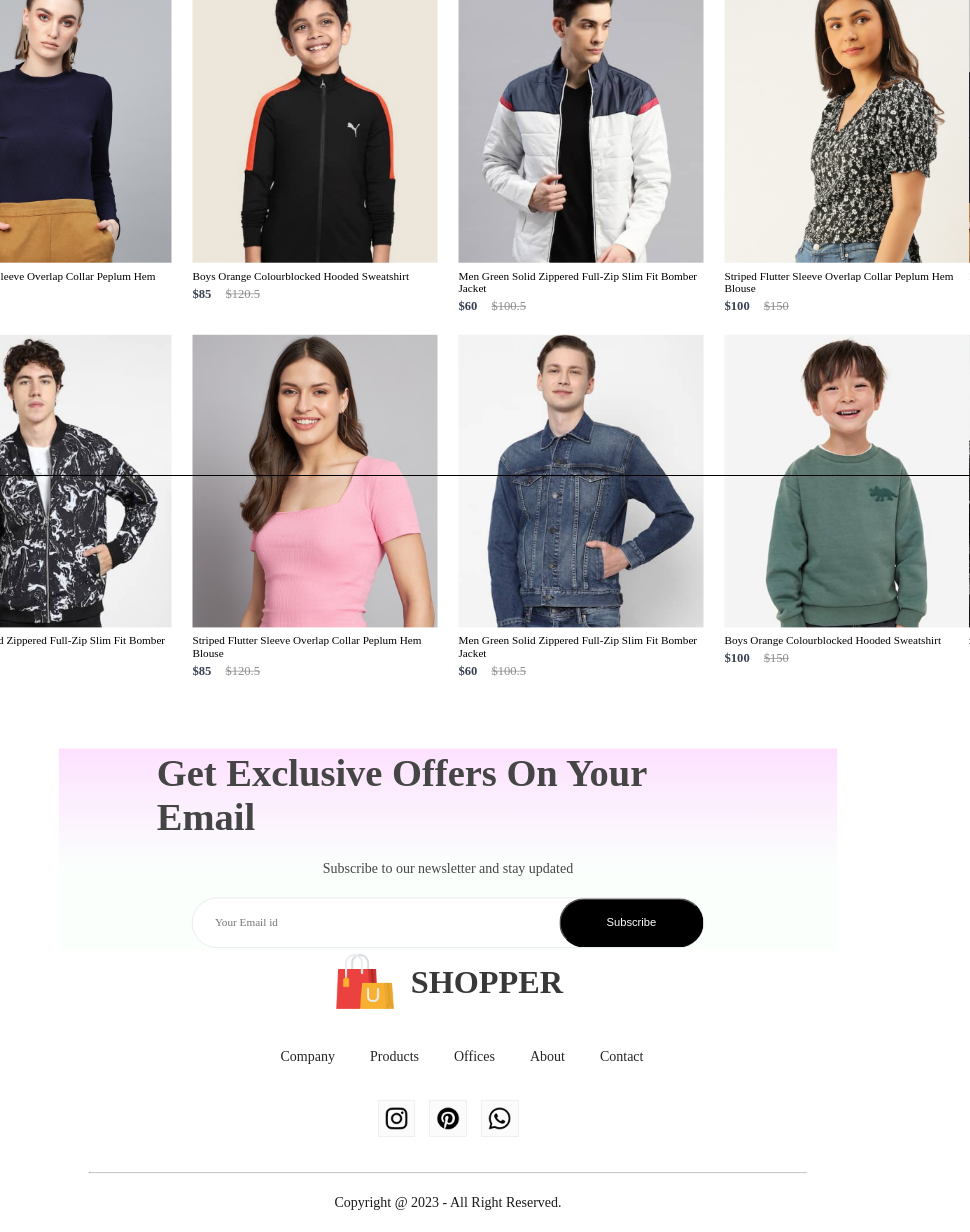
Repository: Nandhini653/SHOPPER-ECOM
Page: /
The author's editor kept a copy of each file at every save. The page is drawn from the files as they stood at one save, then again after a run of saves.
The browser window is 1280 px wide. The page is 1385 px wide, so the pictures cover 1385 px, including what lies to the right of the window. The pictures show the part of the page from y = 2225 to 3985 px (the page is 3985 px tall before and 3983 px after), at 70% of full size.
The project was rebuilt for these pictures with package versions that can differ from the ones it lists, and the page was loaded fresh each time. Also part of the build but not shown: src/App.css, src/Pages/ShopCategory.jsx, src/Pages/Cart.jsx, src/Pages/LoginSignup.jsx, src/Pages/Product.jsx.

Above is the page before, as saved 2024-06-22 18:41:37.

### src/index.css
* {
  margin: 0;
}

body {
  margin: 0;
  font-family: -apple-system, BlinkMacSystemFont, 'Segoe UI', 'Roboto', 'Oxygen',
    'Ubuntu', 'Cantarell', 'Fira Sans', 'Droid Sans', 'Helvetica Neue',
    sans-serif;
  -webkit-font-smoothing: antialiased;
  -moz-osx-font-smoothing: grayscale;
  font-family: 'poppins';
}

code {
  font-family: source-code-pro, Menlo, Monaco, Consolas, 'Courier New',
    monospace;
}

### src/App.js

import './App.css';
import Navbar from './Components/Navbar/Navbar';
import ShopCategory from './Pages/ShopCategory';
import Cart from './Pages/Cart';
import LoginSignup from './Pages/LoginSignup';
import Product from './Pages/Product';
import Shop from './Pages/Shop';
import { BrowserRouter,Routes,Route } from 'react-router-dom';

function App() {
  return (
    <div>
      <BrowserRouter>
      <Navbar/>
      <Routes>
        <Route path = '/' element={<Shop/>}/>
        <Route path = '/mens' element={<ShopCategory category="men"/>}/>
        <Route path = '/womens' element={<ShopCategory category="women"/>}/>
        <Route path = '/kids' element={<ShopCategory category="kids"/>}/>
        <Route path= '/product' element={<Product/>}/>
        <Route path='/product/:productId' element={<Product />} />
        <Route path='/cart' element={<Cart/>}/>
        <Route path='/login' element={<LoginSignup/>}/>
      </Routes>
      </BrowserRouter>
    </div>
  );
}

export default App;

### src/Components/Navbar/Navbar.jsx
import React, { useState } from 'react'
import './Navbar.css'
import logo from '../Assests/logo.png'
import cart_icon from '../Assests/cart_icon.png'
import { Link } from 'react-router-dom'


const Navbar = () => {

    const [menu, setMenu] = useState("shop")
  return (
    <div className='navbar'>
        <div className="nav-logo">
            <img src={logo} alt="logo" />
            <p>SHOPPER</p>
        </div>
      <div className="nav-menu">
        <li onClick={()=> {setMenu("shop")}}> <Link  style ={{textDecoration: 'none '}} to='/'>Shop</Link> {menu === "shop"? <hr/> :<></>}</li>
        <li onClick={()=> {setMenu("mens")}}><Link style ={{textDecoration: 'none '}} to='/mens'>Men</Link>  {menu === "mens"? <hr/> :<></>}</li>
        <li onClick={()=> {setMenu("womens")}}><Link style ={{textDecoration: 'none '}} to='/womens'>Women </Link> {menu === "womens"? <hr/> :<></>}</li>
        <li onClick={()=> {setMenu("kids")}}><Link style ={{textDecoration: 'none '}} to='/kids'>Kids</Link>  {menu === "kids"? <hr/> :<></>}</li>
      </div>
      <div className="nav-login-cart">
        <Link to='/login'><button>Login</button></Link>
        <Link to='/cart'><img src= {cart_icon} alt='cart-icon'/></Link>
        <div className="nav-cart-count">0</div>
      </div>
    </div>
  )
}

export default Navbar

### src/Pages/Shop.jsx
import React from 'react'
import Hero from '../Components/Hero/Hero'
import Popular from '../Components/Popular/Popular'
import Offers from '../Components/Offers/Offers'
import NewCollections from '../Components/NewCollections/NewCollections'
import NewsLetter from '../Components/NewsLetter/NewsLetter'
import Footer from '../Components/Footer/Footer'

const Shop = () => {
  return (
    <div>
      <Hero/>
      <Popular/>
      <Offers/>
      <NewCollections/>
      <NewsLetter/>
      <Footer/>
    </div>
  )
}

export default Shop

### src/Components/Navbar/Navbar.css
  .navbar {
    display: flex;
    justify-content: space-around;
    padding: 16px;
    box-shadow: 0 1px 3px -2px black;
  }

  .nav-logo {
    display: flex;
    align-items: center;
    gap: 10px;
  }

  .nav-logo p{
    color: #171717;
    font-size: 38px;
    font-weight: 600;
  }
  .nav-menu {
    display: flex;
    align-items: center;
    list-style: none;
    gap: 50px;
    color: #626262;
    font-size: 20px;
    font-weight: 500;
  }

  .nav-menu li {
    display: flex;
    flex-direction: column;
    align-items: center;
    justify-content: center;
    gap: 3px;
    cursor: pointer;
  }

  .nav-menu hr {
    border: none;
    width: 80%;
    height: 3px;
    border-radius: 10px;
    background: #FF4141;
  }

.nav-login-cart {
    display: flex;
    align-items: center;
    gap: 45px;
}

.nav-login-cart button {
    width: 157px;
    height: 58px;
    outline: none;
    border: 1 px solid #7a7a7a;
    border-radius: 75px;
    font-size: 20px;
    font-weight: 500;
    background: white;
    cursor: pointer;
}

.nav-login-cart button:active {
    background: #f3f3f3;
}

.nav-cart-count {
    width: 22px;
    height: 22px;
    display: flex;
    justify-content: center;
    align-items: center;
    margin-top: -35px;
    margin-left: -55px;
    border-radius: 11px;
    font-size: 14px;
    background: red;
    color: white;

}

### src/Components/Hero/Hero.jsx
import React from 'react'
import './Hero.css'
import hand_icon from '../Assests/hand_icon.png'
import arrow_icon from '../Assests/arrow.png'
import hero_image from '../Assests/hero_image.png'


const Hero = () => {
    return (
        <div className='hero'>
            <div className="hero-left">
                <h2> NEW ARRIVALS ONLY</h2>
                <div>
                    <div className='hero-hand-icon'>
                        <p> new </p>
                        <img src={hand_icon} alt="" />
                    </div>
                    <p> collection </p>
                    <p> for everyone</p>
                </div>
                <div className="hero-latest-btn">
                    <div>Latest Collection</div>
                    <img src={arrow_icon} alt=""/>
                </div>
            </div>
            <div className="hero-right">
                <img src={hero_image} alt =""/>
            </div>
        </div>
    )
}

export default Hero

### src/Components/Popular/Popular.jsx
import React from 'react'
import './Popular.css'
import data_product from '../Assests/data'
import Item from '../Item/Item'

const Popular = () => {
  return (
    <div className='popular'>
      <h1>POPULAR IN WOMEN</h1>
      <hr />
      <div className="popular-item">
        {data_product.map((item, i) => {
          return (
            <Item
              key={i}
              id={item.id}
              name={item.name}
              image={item.image}
              new_price={item.new_price}
              old_price={item.old_price}
            />
          );
        })}
      </div>
    </div>
  );
}


export default Popular

### src/Components/Offers/Offers.jsx
import React from 'react'
import './Offers.css'
import exclusive_image from '../Assests/exclusive_image.png'

const Offers = () => {
  return (
    <div className='offers'>
      <div className="offers-left">
        <h1> Exclusive </h1>
        <h1> Offers For You </h1>
        <p>ONLY ON BEST SELLERS PRODUCTS </p>
        <button> Check Now </button>
      </div>
      <div className="offers-right">
        <img src= {exclusive_image} alt="" />
      </div>
    </div>
  )
}

export default Offers

### src/Components/NewCollections/NewCollections.jsx
import React from 'react'
import './NewCollections.css'
import new_collection from '../Assests/new_collections'
import Item from '../Item/Item'

const NewCollections = () => {
    return (
        <div className="new-collections">
            <h1> NEW COLLECTIONS </h1>
            <hr/>
            <div className="collections">
                {new_collection.map((item, i) => {
                    return <Item
                        key={i}
                        id={item.id}
                        name={item.name}
                        image={item.image}
                        new_price={item.new_price}
                        old_price={item.old_price} />
                })}
            </div>
        </div>
    )
}

export default NewCollections

### src/Components/NewsLetter/NewsLetter.jsx
import React from 'react'
import './NewsLetter.css'

const NewsLetter = () => {
  return (
    <div className='newsletter'>
      <h1> Get Exclusive Offers On Your Email </h1>
       <p> Subscribe to our newsletter and stay updated</p>
       <div>
        <input type='email' placeholder='Your Email id'/>
        <button> Subscribe </button>
       </div>

    </div>
  )
}

export default NewsLetter

### src/Components/Footer/Footer.jsx
import React from 'react'
import './Footer.css'
import footer_logo from '../Assests/logo_big.png'
import instagram_icon from '../Assests/instagram_icon.png'
import pintester_icon from '../Assests/pintester_icon.png'
import whatsapp_icon from '../Assests/whatsapp_icon.png'

const Footer = () => {
    return (
        <div className='footer'>
            <div className="footer-logo">
                <img src={footer_logo} alt='' />
                <p>SHOPPER</p>
            </div>
            <ul className='footer-links'>
                <li>Company</li>
                <li>Products</li>
                <li>Offices</li>
                <li>About</li>
                <li>Contact</li>
            </ul>
            <div className="footer-social-icon">
                <div className="footer-icons-container">
                    <img src={instagram_icon} alt="" />
                </div>
                <div className="footer-icons-container">
                    <img src={pintester_icon} alt="" />
                </div>
                <div className="footer-icons-container">
                    <img src={whatsapp_icon} alt="" />
                </div>
            </div>
             <div className="footer-copyright">
                <hr/>
                <p> Copyright @ 2023 - All Right Reserved.</p>
             </div>
        </div>
    )
}

export default Footer

### src/Components/Hero/Hero.css
.hero {
    height: 100vh;
    background: linear-gradient(180deg, #fde1ff, #e1ffea22 60%);
    display: flex;
}

.hero-left {
    flex: 1;
    display: flex;
    flex-direction: column;
    justify-content: center;
    gap: 20px;
    padding-left: 180px;
    line-height: 1.1;
}

.hero-left h2 {
    color: #171717;
    font-size: 100px;
    font-weight: 700;
}

.hero-left p {
    color: #171717;
    font-size: 100px;
    font-weight: 700;
}

.hero-hand-icon {
     display: flex;
    align-items: center;
    gap:20px;
}

.hero-hand-icon img {
    width: 105px;
}

.hero-latest-btn {
    display: flex;
    justify-content: center;
    align-items: center;
    gap: 15px;
    width: 310px;
    height: 70px;
    border-radius: 75px;
    margin-top: 30px;
    background: #ff4141;
    color: white;
    font-size: 22px;
    font-weight: 500;
}

.hero-right {
    flex: 1;
    display: flex;
    align-items: center;
    justify-content: center;
}

### src/Components/Popular/Popular.css
.popular {
      display: flex;
      flex-direction: column;
      align-items: center;
      gap: 10px;
      height: 90vh;
}

.popular h1 {
    color: #171717;
    font-size: 50px;
    font-weight: 600;
}

.popular hr {
    width: 200px;
    height: 6px;
    border-radius: 10px;
    background: #252525;
}

.popular-item {
    display: flex;
    margin-top: 50px;
    gap: 30px;
}

### src/Components/Assests/data.js
import p1_img from './product_1.png'
import p2_img from './product_2.png'
import p3_img from './product_3.png'
import p4_img from './product_4.png'

let data_product = [
  {
    id:1,
    name:"Striped Flutter Sleeve Overlap Collar Peplum Hem Blouse",
    image:p1_img,
    new_price:50.00,
    old_price:80.50,
  },
  {id:2,
    name:"Striped Flutter Sleeve Overlap Collar Peplum Hem Blouse",
    image:p2_img,
    new_price:85.00,
    old_price:120.50,
  },
  {id:3,
    name:"Striped Flutter Sleeve Overlap Collar Peplum Hem Blouse",
    image:p3_img,
    new_price:60.00,
    old_price:100.50,
  },
  {id:4,
    name:"Striped Flutter Sleeve Overlap Collar Peplum Hem Blouse",
    image:p4_img,
    new_price:100.00,
    old_price:150.00,
  },
];

export default data_product;

### src/Components/Item/Item.jsx
import React from 'react'
import './Item.css'


const Item = (props) => {
  return (
    <div className='item'>
        <img src={props.image} alt = ""/>
        <p>{props.name}</p>
        <div className="item-prices">
            <div className="item-prices-new">
                ${props.new_price}
            </div>
            <div className="item-prices-old">
                ${props.old_price}
            </div>
        </div>

    </div>
  )
}

export default Item

### src/Components/Offers/Offers.css
.offers {
    width: 65%;
    height: 60vh;
    display: flex;
    margin: auto;
    padding: 0px 140px;
    margin-bottom:  150px;
    background: linear-gradient(180deg, #fde1ff, #e1ffea22 60% );
}

.offers-left {
    flex: 1;
    display: flex;
    flex-direction: column;
    justify-content: center;
}

.offers-left h1 {
    color: #171717;
    font-size: 80px;
    font-weight: 600;
}

.offers-left p {
    color: #171717;
    font-size: 22px;
    font-weight: 600;
}

.offers-left button {
     width: 282px;
     height: 70px;
     border-radius: 35px;
     background: #ff4141;
     color: white;
     font-size: 22px;
     margin-top: 30px;
     font-weight: 500;
     cursor: pointer;
}

.offers-right {
    flex: 1;
    display: flex;
    align-items: center;
    justify-content: flex-end;
    padding-top: 50px;
}

### src/Components/NewCollections/NewCollections.css
.new-collections {
    display: flex;
    flex-direction: column;
    align-items: center;
    gap: 10px;
    margin-bottom: 100px;
}

.new-collections h1 {
    color: #171717;
    font-size: 50px;
    font-weight: 600;
}

.new-collections hr {
    width: 200px;
    height: 6px;
    border-radius: 10px;
    background: #252525;
}

.collections {
    display: grid;
    grid-template-columns: 1fr 1fr 1fr 1fr;
    margin-top: 50px;
    gap: 30px;
}

### src/Components/Assests/new_collections.js
import p1_img from "./product_12.png";
import p2_img from "./product_35.png";
import p3_img from "./product_14.png";
import p4_img from "./product_8.png";
import p5_img from "./product_15.png";
import p6_img from "./product_2.png";
import p7_img from "./product_17.png";
import p8_img from "./product_28.png";

let new_collections = [
  {
    id: 12,
    name: "Striped Flutter Sleeve Overlap Collar Peplum Hem Blouse",
    image: p1_img,
    new_price: 50.0,
    old_price: 80.5,
  },
  {
    id: 35,
    name: "Boys Orange Colourblocked Hooded Sweatshirt",
    image: p2_img,
    new_price: 85.0,
    old_price: 120.5,
  },
  {
    id: 14,
    name: "Men Green Solid Zippered Full-Zip Slim Fit Bomber Jacket",
    image: p3_img,
    new_price: 60.0,
    old_price: 100.5,
  },
  {
    id: 8,
    name: "Striped Flutter Sleeve Overlap Collar Peplum Hem Blouse",
    image: p4_img,
    new_price: 100.0,
    old_price: 150.0,
  },
  {
    id: 15,
    name: "Men Green Solid Zippered Full-Zip Slim Fit Bomber Jacket",
    image: p5_img,
    new_price: 50.0,
    old_price: 80.5,
  },
  {
    id: 2,
    name: "Striped Flutter Sleeve Overlap Collar Peplum Hem Blouse",
    image: p6_img,
    new_price: 85.0,
    old_price: 120.5,
  },
  {
    id: 17,
    name: "Men Green Solid Zippered Full-Zip Slim Fit Bomber Jacket",
    image: p7_img,
    new_price: 60.0,
    old_price: 100.5,
  },
  {
    id: 28,
    name: "Boys Orange Colourblocked Hooded Sweatshirt",
    image: p8_img,
    new_price: 100.0,
    old_price: 150.0,
  },
];

export default new_collections;

### src/Components/NewsLetter/NewsLetter.css
.newsletter {
    width: 65%;
    height: 40vh;
    display: flex;
    flex-direction: column;
    align-items: center;
    justify-content: center;
    margin: auto;
    padding: 0px 140px;
    background: linear-gradient(180deg, #fde1ff, #e1ffea22 60%);
    gap: 30px;
}

.newsletter h1 {
    color: #454545;
    font-size: 55px;
    font-weight: 600;
}

.newsletter p {
    color: #454545;
    font-size: 20px;
}

.newsletter div {
      display: flex;
      align-items: center;
      justify-content: space-between;
      background: white;
      width: 730px;
      height: 70px;
      border-radius: 80px;
      border: 1px solid #e3e3e3;
}

.newsletter input {
    width: 500px;
    margin-left: 30px;
    border: none;
    outline: none;
    color: #616161;
    font-family: Poppins;
    font-size: 16px;
}

.newsletter button {
    width: 210px;
    height: 70px;
    border-radius: 80px;
    background: black;
    color: white;
    font-size: 16px;
    cursor: pointer;
}

### src/Components/Footer/Footer.css
.footer {
    display: flex;
    flex-direction: column;
    justify-content: center;
    align-items: center;
    gap: 50px;
}

.footer-logo {
    display: flex;
    align-items: center;
    gap: 20px;
}

.footer-logo p {
    color: #383838;
    font-size: 46px;
    font-weight: 700;
}

.footer-links {
    display: flex;
    list-style: none;
    gap: 50px;
    color: #252525;
    font-size: 20px;
}

.footer-links li {
    cursor: pointer;
}

.footer-social-icon {
    display: flex;
    gap: 20px;
}

.footer-icons-container {
    padding: 10px;
    padding-bottom: 6px;
    background: #fbfbfb;
    border: 1px solid #ebebeb;
}

.footer-copyright {
    display: flex;
    flex-direction: column;
    align-items: center;
    gap: 30px;
    width: 100%;
    margin-bottom: 30px;
    color:#1a1a1a;
    font-size: 20px;
}

.footer-copyright hr {
     width: 80%;
     bor
}

### src/Components/Item/Item.css
.item {
    width: 350px;
}

.item p {
    margin: 6px 0px;
}

.item-prices {
    display: flex;
    gap: 20px;
}

.item-prices-new {
    color: #374151;
    font-size: 18px;
    font-weight: 600;
}

.item-prices-old {
    color: #8c8c8c;
    font-size: 18px;
    font-weight: 500;
    text-decoration: line-through;
}

.item:hover {
    transform: scale(1.05);
    transition: 0.6s;
}

Loaded but not shown: src/index.js (common file); src/reportWebVitals.js (common file)

After the next 5 saves:
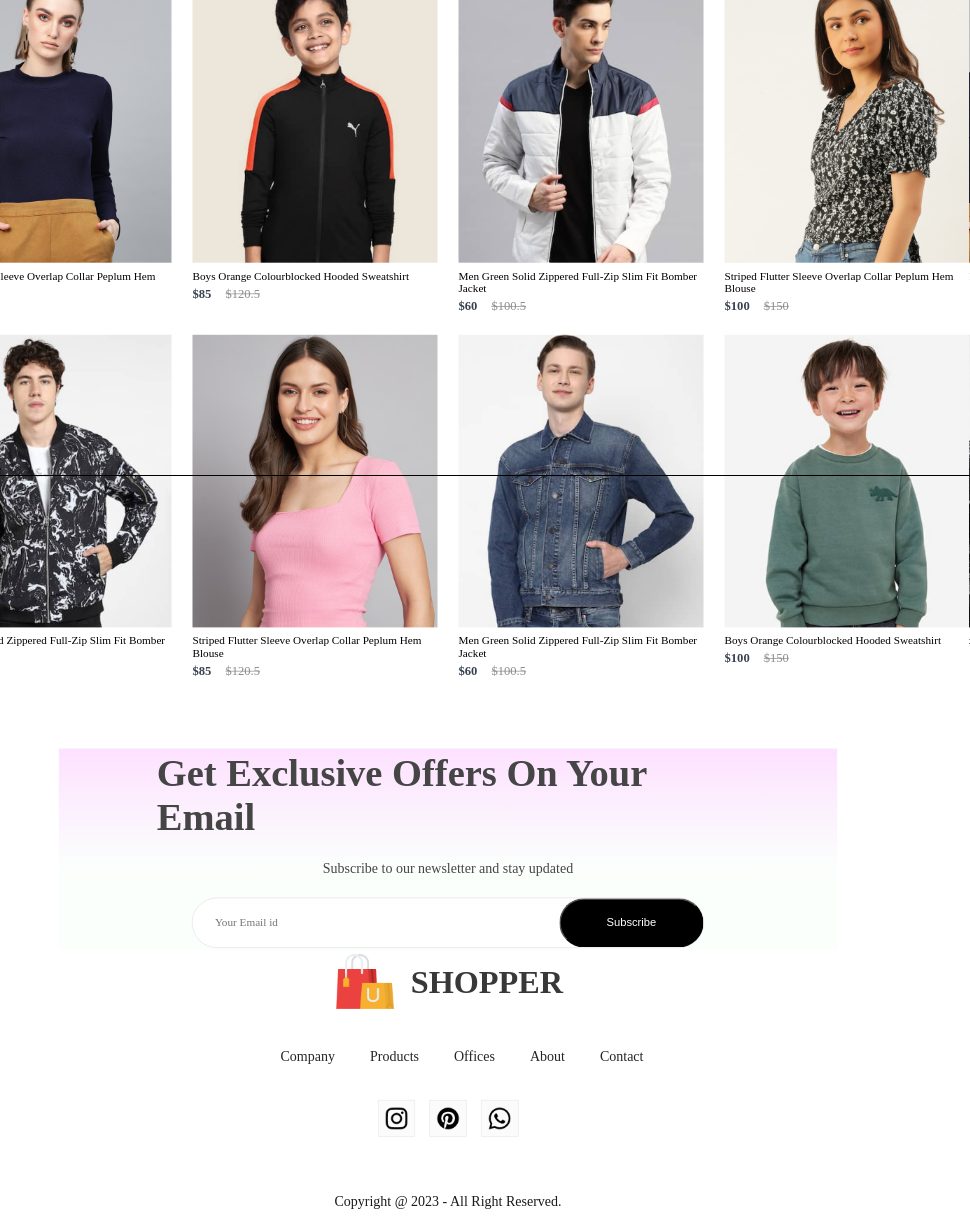
The 5 saves are shown as one change because they came seconds apart.
The last was saved 13 s later.
--- a/src/Components/Footer/Footer.css
+++ b/src/Components/Footer/Footer.css
@@ -55,5 +55,7 @@
 
 .footer-copyright hr {
      width: 80%;
-     bor
+     border: none;
+     border-radius: 10px;
+
 }
